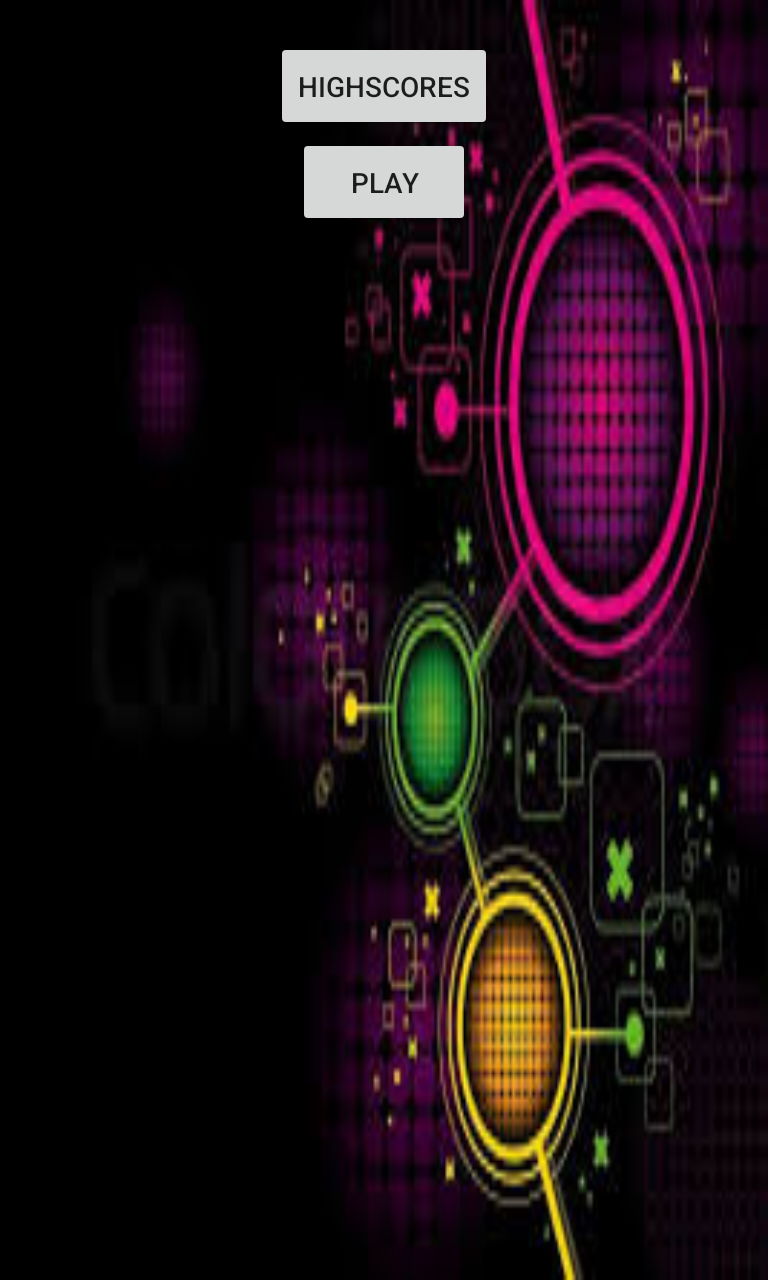
Repository: RedJaVa68/DirectionRunner
Layout: DirectionRunner/res/layout/activity_main.xml
These files come from the project's save history. The layout is drawn as it stood at one moment and after the next save; the edit follows.
Pictures or frames that could not be fetched are drawn as grey boxes. It is drawn on a 768 x 1280 px phone screen (xhdpi) without system bars, with theme AppTheme; the app's code is not run.

Above is the layout before, as saved 2015-05-06 01:03:01.

### DirectionRunner/res/layout/activity_main.xml
<LinearLayout xmlns:android="http://schemas.android.com/apk/res/android"
    xmlns:tools="http://schemas.android.com/tools"
    tools:context="edu.utep.cs.cs4330.DirectionRunner.MainActivity"
    android:orientation="vertical"
    android:gravity="center_horizontal"
    android:layout_width="fill_parent"
    android:layout_height="fill_parent"
    android:background="@drawable/bg">
    <TextView
        android:layout_width="fill_parent"
        android:layout_height="wrap_content"
        android:text="Direction Runner"/>
    <Button
        android:id="@+id/statsButton"
       	android:layout_width="wrap_content"
       	android:layout_height="wrap_content"
        android:text="Highscores" />

    <Button
        android:id="@+id/playButton"
        android:layout_width="wrap_content"
        android:layout_height="wrap_content"
        android:text="Play" />

</LinearLayout>

Loaded but not shown: DirectionRunner/res/values/styles.xml (common file); DirectionRunner/res/values-v11/styles.xml (common file); DirectionRunner/res/values-v14/styles.xml (common file)

After the next save:
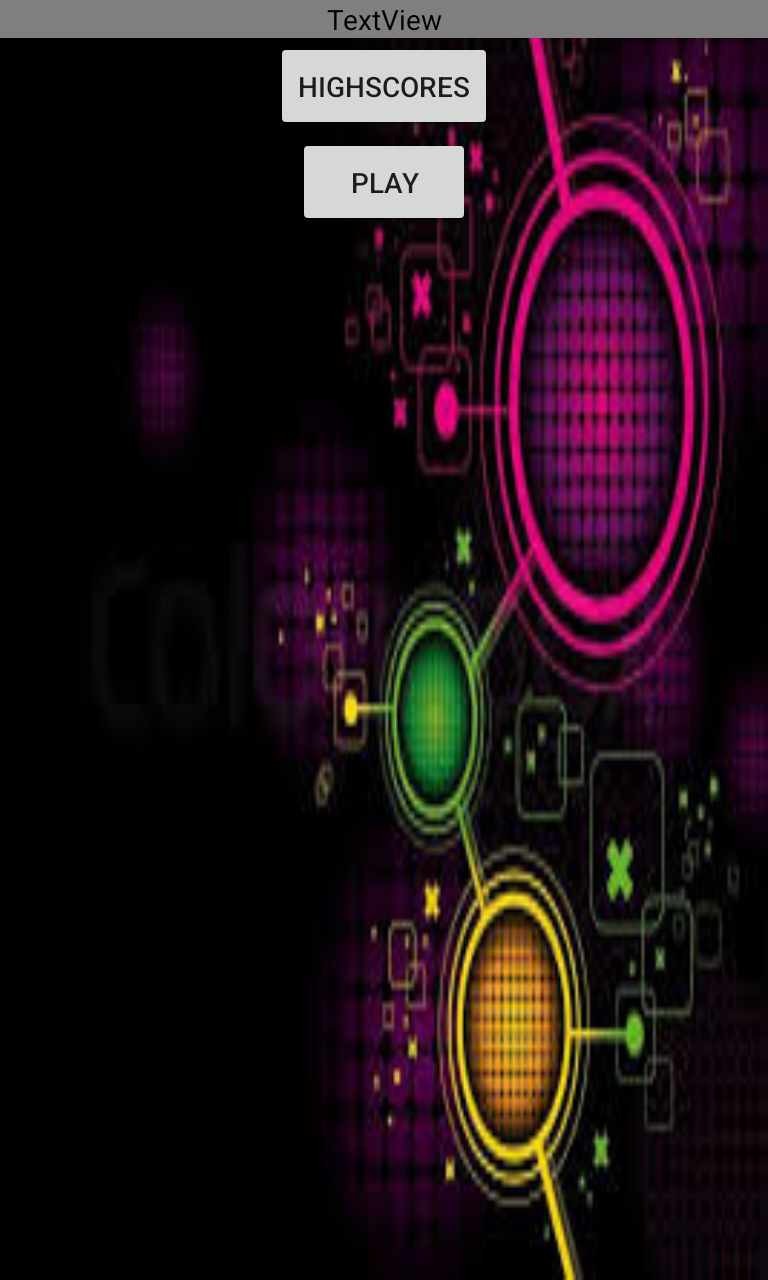
Saved 61 s later.
--- a/DirectionRunner/res/layout/activity_main.xml
+++ b/DirectionRunner/res/layout/activity_main.xml
@@ -9,7 +9,8 @@
     <TextView
         android:layout_width="fill_parent"
         android:layout_height="wrap_content"
-        android:text="Direction Runner"/>
+        android:text="Direction Runner"
+        android:textColor="@colors/WHITE"/>
     <Button
         android:id="@+id/statsButton"
        	android:layout_width="wrap_content"

After the 4 saves that followed:
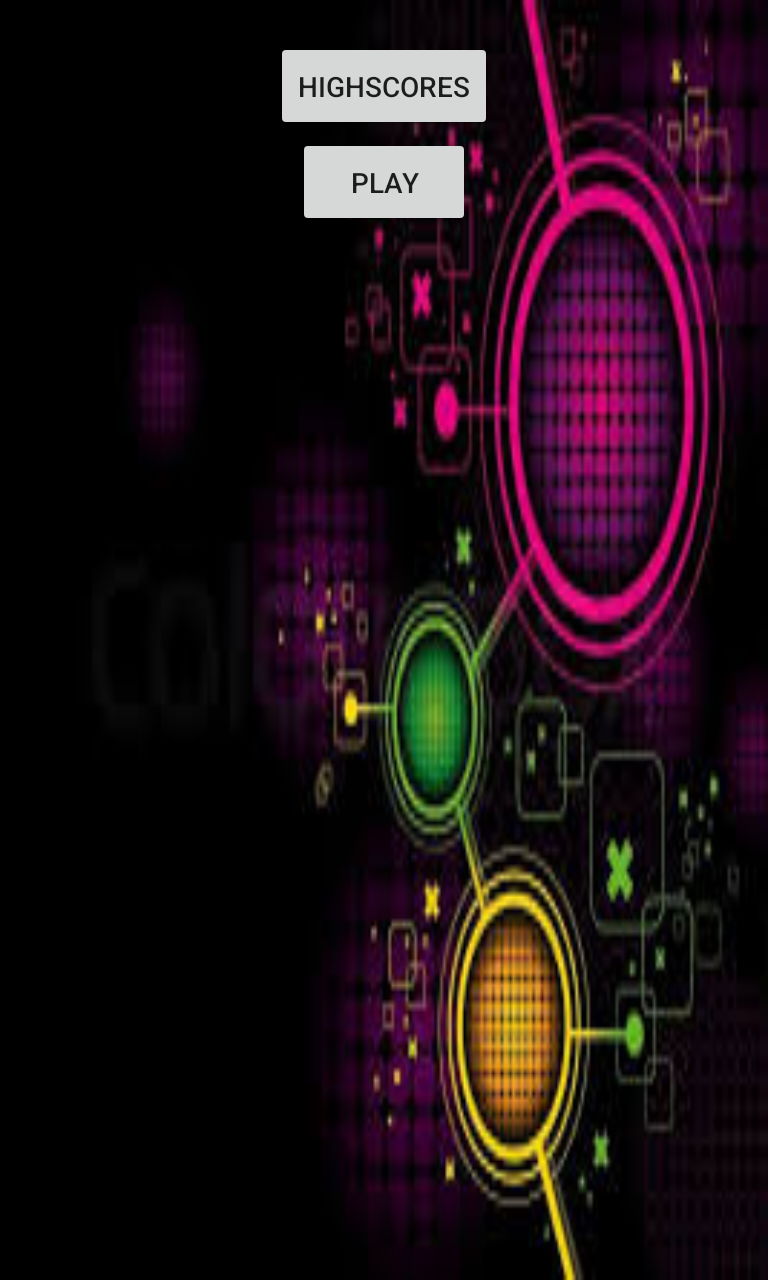
The 4 saves are shown as one change because 3 did not build or start.
The last was saved 84 s later.
--- a/DirectionRunner/res/layout/activity_main.xml
+++ b/DirectionRunner/res/layout/activity_main.xml
@@ -10,7 +10,7 @@
         android:layout_width="fill_parent"
         android:layout_height="wrap_content"
         android:text="Direction Runner"
-        android:textColor="@colors/WHITE"/>
+        android:textColor="#fffff"/>
     <Button
         android:id="@+id/statsButton"
        	android:layout_width="wrap_content"
